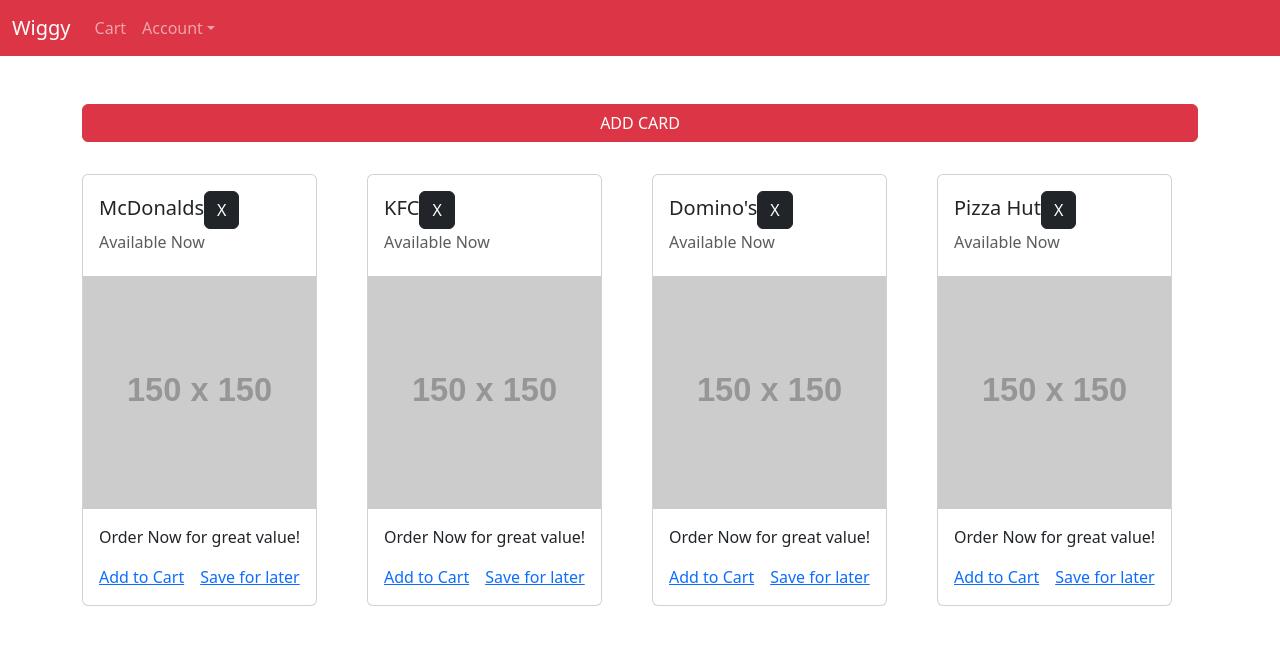
Repository: MohammadGulshan/wiggy
Page: / (app in client/)
These files come from the project's save history. The page is drawn as it stood at one moment and after the next save; the edit follows.
The browser window is 1280 px wide. The pictures show the whole page.
The project was rebuilt for these pictures with package versions that can differ from the ones it lists, and the page was loaded fresh each time. Also part of the build but not shown: client/src/App.css.

Above is the page before, as saved 2020-12-11 04:37:26.

### client/src/index.js
import React from 'react';
import ReactDOM from 'react-dom';
import App from './App';
import reportWebVitals from './reportWebVitals';

ReactDOM.render(
  <React.StrictMode>
    <App />
  </React.StrictMode>,
  document.getElementById('root')
);

// If you want to start measuring performance in your app, pass a function
// to log results (for example: reportWebVitals(console.log))
// or send to an analytics endpoint. Learn more: https://bit.ly/CRA-vitals
reportWebVitals();

### client/src/App.js
import 'bootstrap/dist/css/bootstrap.min.css';
import './App.css';

import AppNavbar from './components/AppNavbar';
import AppCards from './components/AppCards';

function App() {
  return (
    <div className="App">
      <AppNavbar />
      <AppCards />
    </div>
  );
}

export default App;

### client/src/components/AppNavbar.js
import React from "react";
import {
  Collapse,
  Navbar,
  NavbarToggler,
  NavbarBrand,
  Nav,
  NavItem,
  NavLink,
  UncontrolledDropdown,
  DropdownToggle,
  DropdownMenu,
  DropdownItem,
} from "reactstrap";

const AppNavbar = (props) => {
  let isOpen = false;
  const toggle = () => isOpen = !isOpen;
  return (
    <div>
      <Navbar color="danger" dark expand="md" className="mb-5">
        <NavbarBrand href="/">Wiggy</NavbarBrand>
        <NavbarToggler onClick={toggle} />
        <Collapse isOpen={isOpen} navbar>
          <Nav className="ml-auto" navbar>
            <NavItem>
              <NavLink href="/cart">Cart</NavLink>
            </NavItem>
            <UncontrolledDropdown nav inNavbar>
              <DropdownToggle nav caret>
                Account
              </DropdownToggle>
              <DropdownMenu right>
                <DropdownItem>
                  Profile
                </DropdownItem>
                <DropdownItem>
                  Orders
                </DropdownItem>
                <DropdownItem divider />
                <DropdownItem>
                  Logout
                </DropdownItem>
              </DropdownMenu>
            </UncontrolledDropdown>
          </Nav>
        </Collapse>
      </Navbar>
    </div>
  );
};

export default AppNavbar;

### client/src/components/AppCards.js
import React, {useState} from 'react';
import { Container, Button, Card, CardBody, CardText, CardGroup, CardTitle, CardLink, CardSubtitle } from 'reactstrap';
import { CSSTransition, TransitionGroup } from 'react-transition-group';
import {v1 as uuid} from 'uuid';

const AppCards = () => {
    const [state, setState] = useState({
        cards: [
            {id: uuid(), name: 'McDonalds'},
            {id: uuid(), name: 'KFC'},
            {id: uuid(), name: 'Domino\'s'},
            {id: uuid(), name: 'Pizza Hut'}
        ]
    });

    return (
        <div>
            <Container>
                <Button color="danger"
                    className="col-12"
                    style={{marginBottom: '2rem'}}
                    onClick={() => {
                        const name = prompt('Enter Restaurant Name');
                        if (name) {
                            setState(state => ({
                                cards: [...state.cards, {id: uuid(), name: name}]
                            }))
                        }
                    }}
                >
                    ADD CARD
                </Button>

                <div className="row">
                    {state.cards.map((value, id) => {
                        return (
                            <div className="col-md-3 col-xs-12 mb-3">
                                <CardGroup className="col-12 p-0">
                                    <TransitionGroup className="cards">
                                        <CSSTransition key={id}
                                            timeout={500}
                                            classNames="fade"
                                        >
                                        <Card>
                                            <CardBody>
                                                <CardTitle tag="h5">
                                                    {value.name}
                                                    <Button color="dark" className="float-right">X</Button>
                                                </CardTitle>
                                                <CardSubtitle tag="h6" className="mb-2 text-muted">Available Now</CardSubtitle>
                                            </CardBody>
                                            <img width="100%" src="https://via.placeholder.com/150" alt="Card Image" />
                                            <CardBody>
                                                <CardText>Order Now for great value!</CardText>
                                                <CardLink href="#">Add to Cart</CardLink>
                                                <CardLink href="#">Save for later</CardLink>
                                            </CardBody>
                                        </Card>
                                        </CSSTransition>
                                    </TransitionGroup>
                                </CardGroup>
                            </div>
                        )
                    })}
                </div>

            </Container>
        </div>
    );
}

export default AppCards;

Loaded but not shown: client/public/index.html (common file); client/src/reportWebVitals.js (common file)

After the next save:
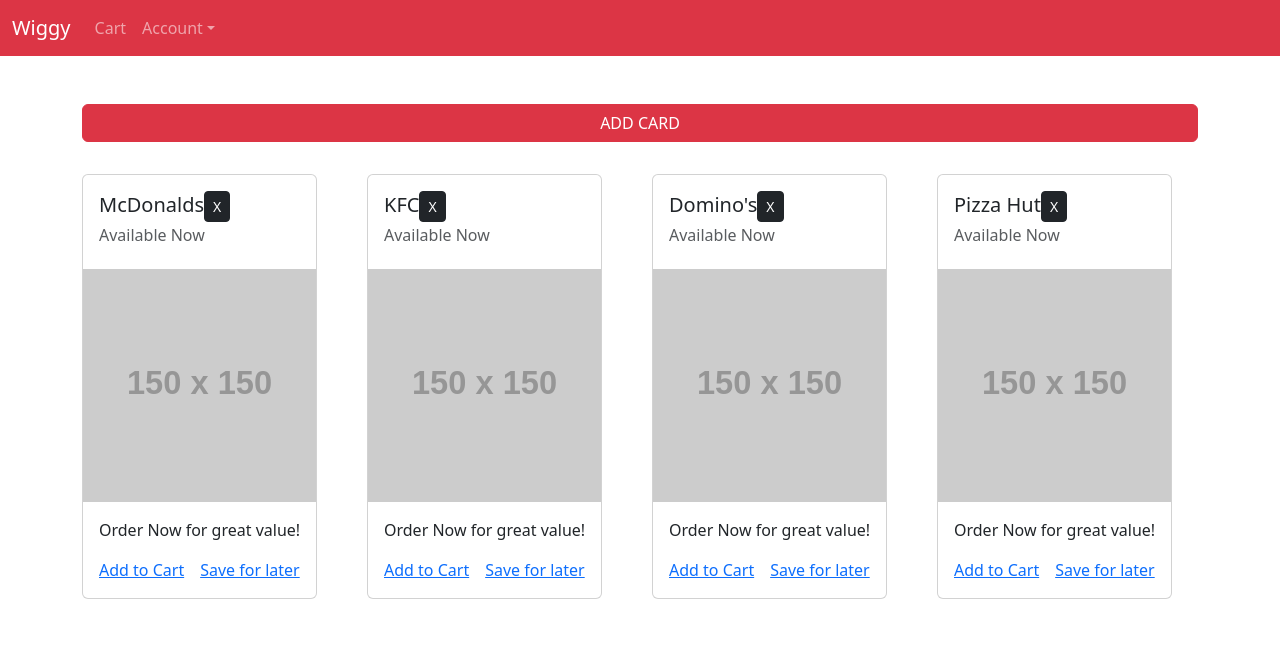
Saved 118 s later.
--- a/client/src/components/AppCards.js
+++ b/client/src/components/AppCards.js
@@ -45,7 +45,7 @@
                                             <CardBody>
                                                 <CardTitle tag="h5">
                                                     {value.name}
-                                                    <Button color="dark" className="float-right">X</Button>
+                                                    <Button color="dark" className="float-right" size="sm">X</Button>
                                                 </CardTitle>
                                                 <CardSubtitle tag="h6" className="mb-2 text-muted">Available Now</CardSubtitle>
                                             </CardBody>
